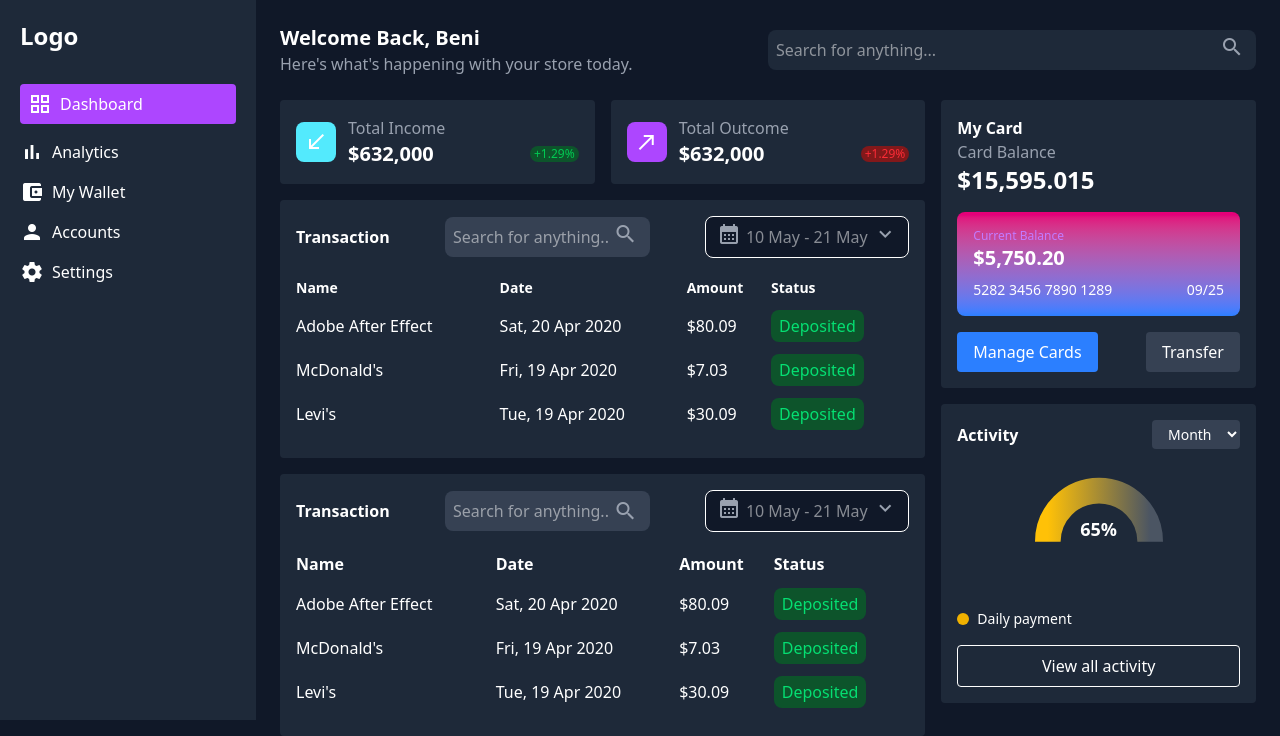
Repository: MuthuPandi-B/landing-Page-Task
Page: index.html
An editor plug-in stored every save of this project. The page is shown before and after the next save, followed by the edit.
The browser window is 1280 px wide. The pictures show the whole page.

Above is the page before, as saved 2025-03-18 09:48:30.

After the next save:
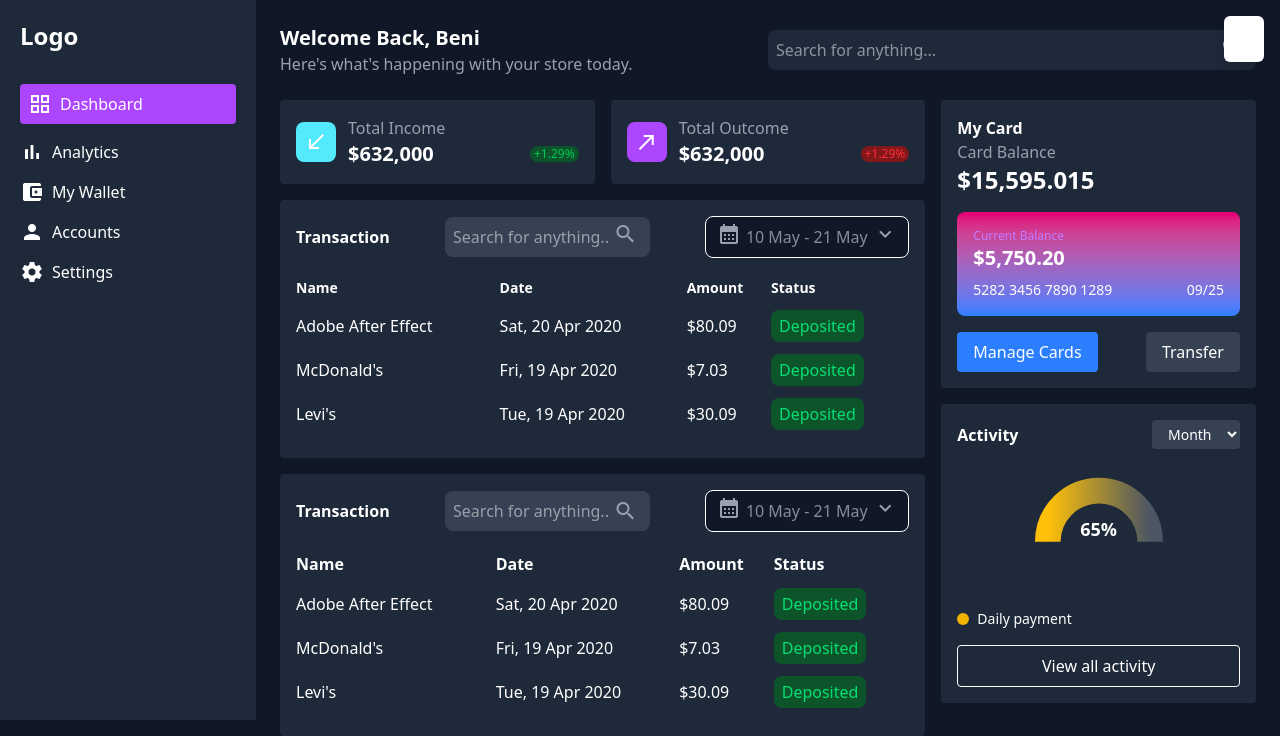
Saved 28 s later.
--- a/index.html
+++ b/index.html
@@ -50,7 +50,7 @@
             <!-- Header with Hamburger -->
             <div class="flex justify-between items-center mb-6">
                 <!-- Hamburger Button for Mobile -->
-                <button id="menu-toggle" class="md:hidden text-white ">
+                <button id="menu-toggle" class="fixed top-4 right-4 z-50 bg-white p-2 rounded-md shadow-lg ">
                     <span id="menu-icon" class="material-icons text-3xl">menu</span>
                 </button>
 

After the save that followed:
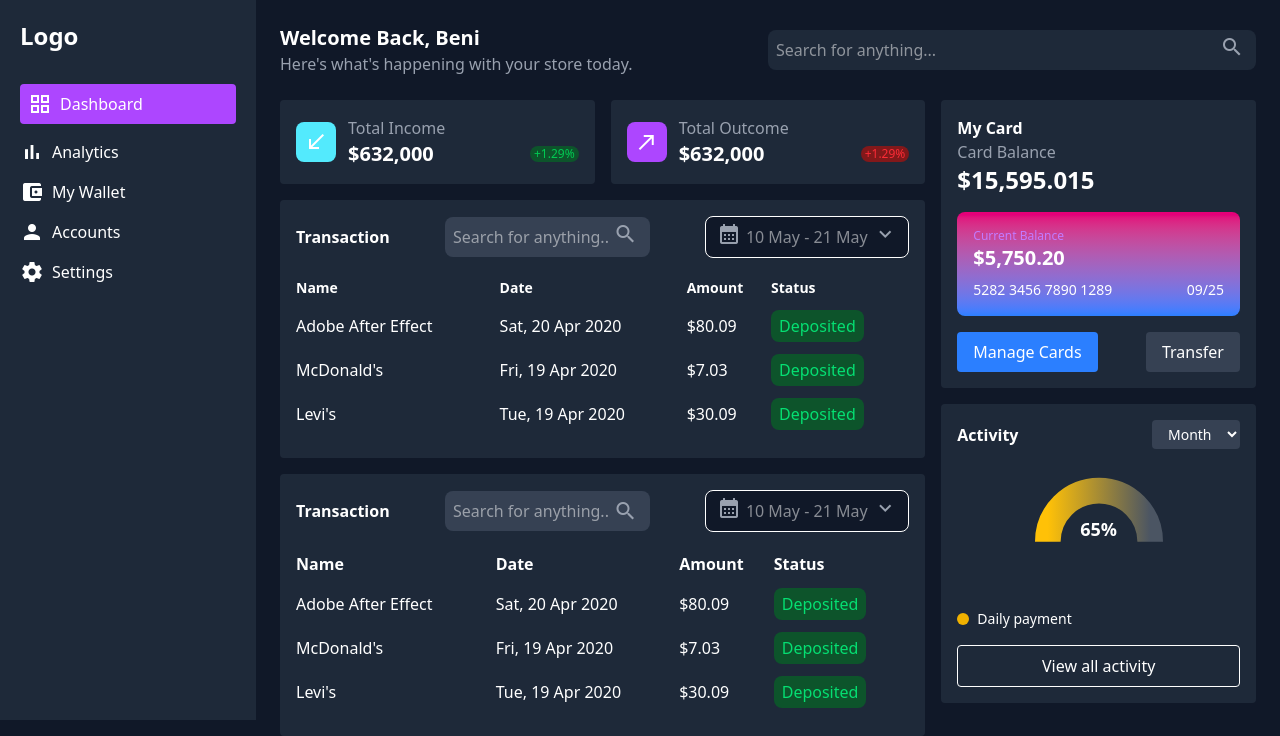
Saved 52 s later.
--- a/index.html
+++ b/index.html
@@ -50,7 +50,7 @@
             <!-- Header with Hamburger -->
             <div class="flex justify-between items-center mb-6">
                 <!-- Hamburger Button for Mobile -->
-                <button id="menu-toggle" class="fixed top-4 right-4 z-50 bg-white p-2 rounded-md shadow-lg ">
+                <button id="menu-toggle" class="fixed top-4 right-4 z-50 bg-white p-2 rounded-md shadow-lg md:hidden">
                     <span id="menu-icon" class="material-icons text-3xl">menu</span>
                 </button>
 
